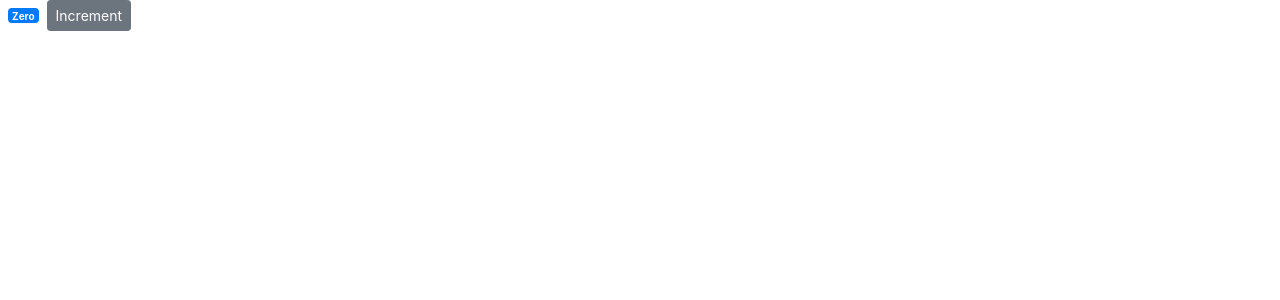
Repository: smk87/First-React-App
Page: /
These files come from the project's save history. The page is drawn as it stood at one moment and after the next save; the edit follows.
The browser window is 1280 px wide. The pictures show the whole page.
The project was rebuilt for these pictures with package versions that can differ from the ones it lists, and the page was loaded fresh each time. Also part of the build but not shown: src/App.css, src/App.js.

Above is the page before, as saved 2019-01-04 20:55:24.

### public/index.html
<!DOCTYPE html>
<html lang="en">
  <head>
    <meta charset="utf-8" />
    <link rel="shortcut icon" href="%PUBLIC_URL%/favicon.ico" />
    <meta
      name="viewport"
      content="width=device-width, initial-scale=1, shrink-to-fit=no"
    />
    <meta name="theme-color" content="#000000" />
    <!--
      manifest.json provides metadata used when your web app is added to the
      homescreen on Android. See https://developers.google.com/web/fundamentals/web-app-manifest/
    -->
    <link rel="manifest" href="%PUBLIC_URL%/manifest.json" />
    <!--
      Notice the use of %PUBLIC_URL% in the tags above.
      It will be replaced with the URL of the `public` folder during the build.
      Only files inside the `public` folder can be referenced from the HTML.

      Unlike "/favicon.ico" or "favicon.ico", "%PUBLIC_URL%/favicon.ico" will
      work correctly both with client-side routing and a non-root public URL.
      Learn how to configure a non-root public URL by running `npm run build`.
    -->
    <title>Cart by React</title>
  </head>
  <body>
    <noscript>You need to enable JavaScript to run this app.</noscript>
    <div id="root"></div>
    <!--
      This HTML file is a template.
      If you open it directly in the browser, you will see an empty page.

      You can add webfonts, meta tags, or analytics to this file.
      The build step will place the bundled scripts into the <body> tag.

      To begin the development, run `npm start` or `yarn start`.
      To create a production bundle, use `npm run build` or `yarn build`.
    -->
  </body>
</html>

### src/index.js
import React from "react";
import ReactDOM from "react-dom";
import "./index.css";
import App from "./App";
import * as serviceWorker from "./serviceWorker";
import "bootstrap/dist/css/bootstrap.css";
import Counter from "./components/counter";

ReactDOM.render(<Counter />, document.getElementById("root"));

// If you want your app to work offline and load faster, you can change
// unregister() to register() below. Note this comes with some pitfalls.
// Learn more about service workers: http://bit.ly/CRA-PWA
serviceWorker.unregister();

### src/components/counter.jsx
import React, { Component } from "react";

class Counter extends Component {
  state = {
    count: 0
  };
  styles = {};
  render() {
    return (
      <div>
        <span
          style={{ fontSize: 10, fontWeight: "bold" }}
          className="badge badge-primary m-2"
        >
          {this.formatCount()}
        </span>
        <button className="btn btn-secondary btn-sm">Increment</button>
      </div>
    );
  }

  formatCount() {
    const { count } = this.state;
    return count === 0 ? "Zero" : count;
  }
}

export default Counter;

Loaded but not shown: src/index.css (common file); src/serviceWorker.js (common file)

After the next save:
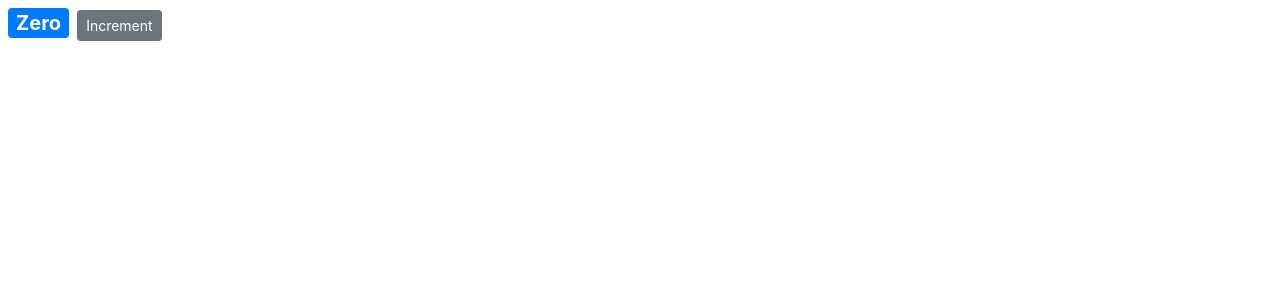
Saved 23 s later.
--- a/src/components/counter.jsx
+++ b/src/components/counter.jsx
@@ -9,7 +9,7 @@ class Counter extends Component {
     return (
       <div>
         <span
-          style={{ fontSize: 10, fontWeight: "bold" }}
+          style={{ fontSize: 20, fontWeight: "bold" }}
           className="badge badge-primary m-2"
         >
           {this.formatCount()}
